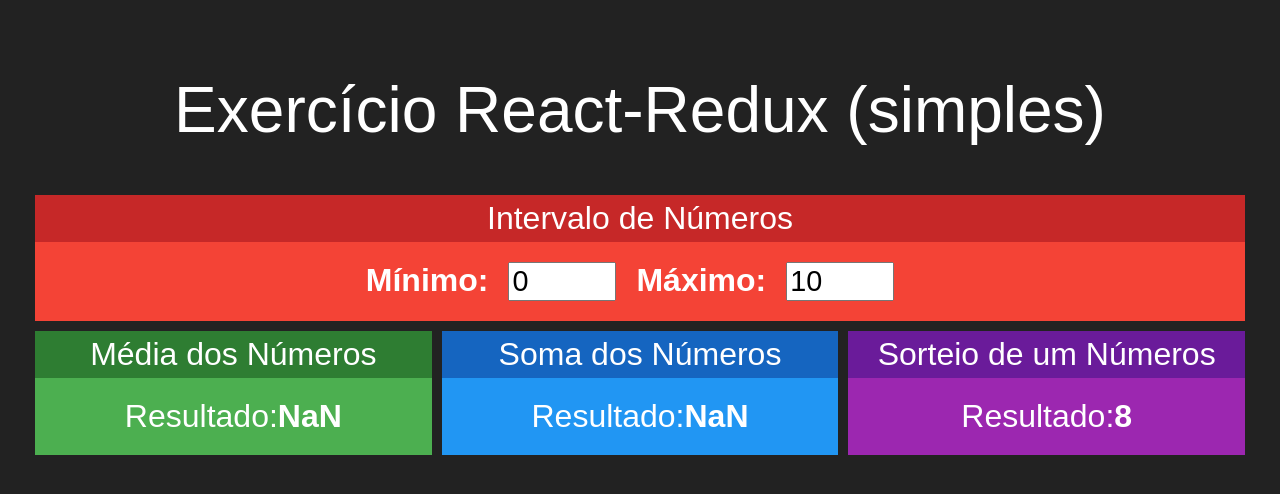
Repository: Henrique-Franca/Clear-Redux-Simples
Page: /
These files come from the project's save history. The page is drawn as it stood at one moment and after the next save; the edit follows.
The browser window is 1280 px wide. The pictures show the whole page.
The project was rebuilt for these pictures with package versions that can differ from the ones it lists, and the page was loaded fresh each time.

Above is the page before, as saved 2022-11-22 08:26:38.

After the next save:
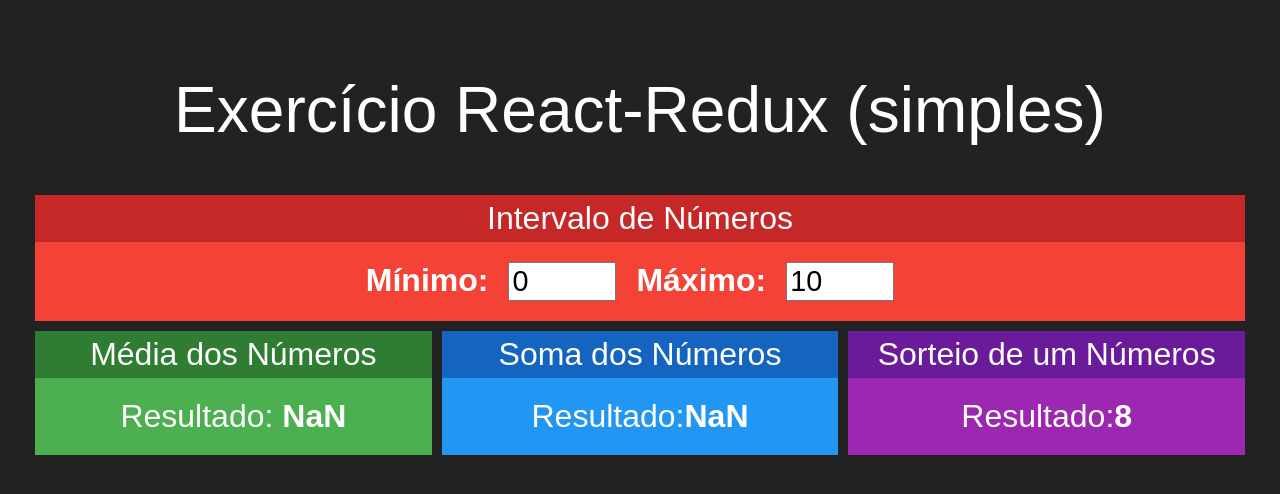
Saved 2 min 21 s later.
--- a/src/components/Media.jsx
+++ b/src/components/Media.jsx
@@ -3,21 +3,17 @@ import React from 'react'
 import Card from './Card'
 
 export default props =>{
-    const min = props.min
-    const max = props.max
-
-    return (
-        <Card title='Média dos Números' green>
-
-            <div >
-                <span>
-                    <span>Resultado:</span>
-                    <strong>{(max + min) / 2}</strong>
-                </span>
-
-            </div>
-
-        </Card>
+    const { min, max } = props;
+  console.log(props)
+  return (
+    <Card title="Média dos Números" green>
+      <div>
+        <span>
+          <span>Resultado: </span>
+          <strong>{(max + min) / 2}</strong>
+        </span>
+      </div>
+    </Card>
     )
 
 }
